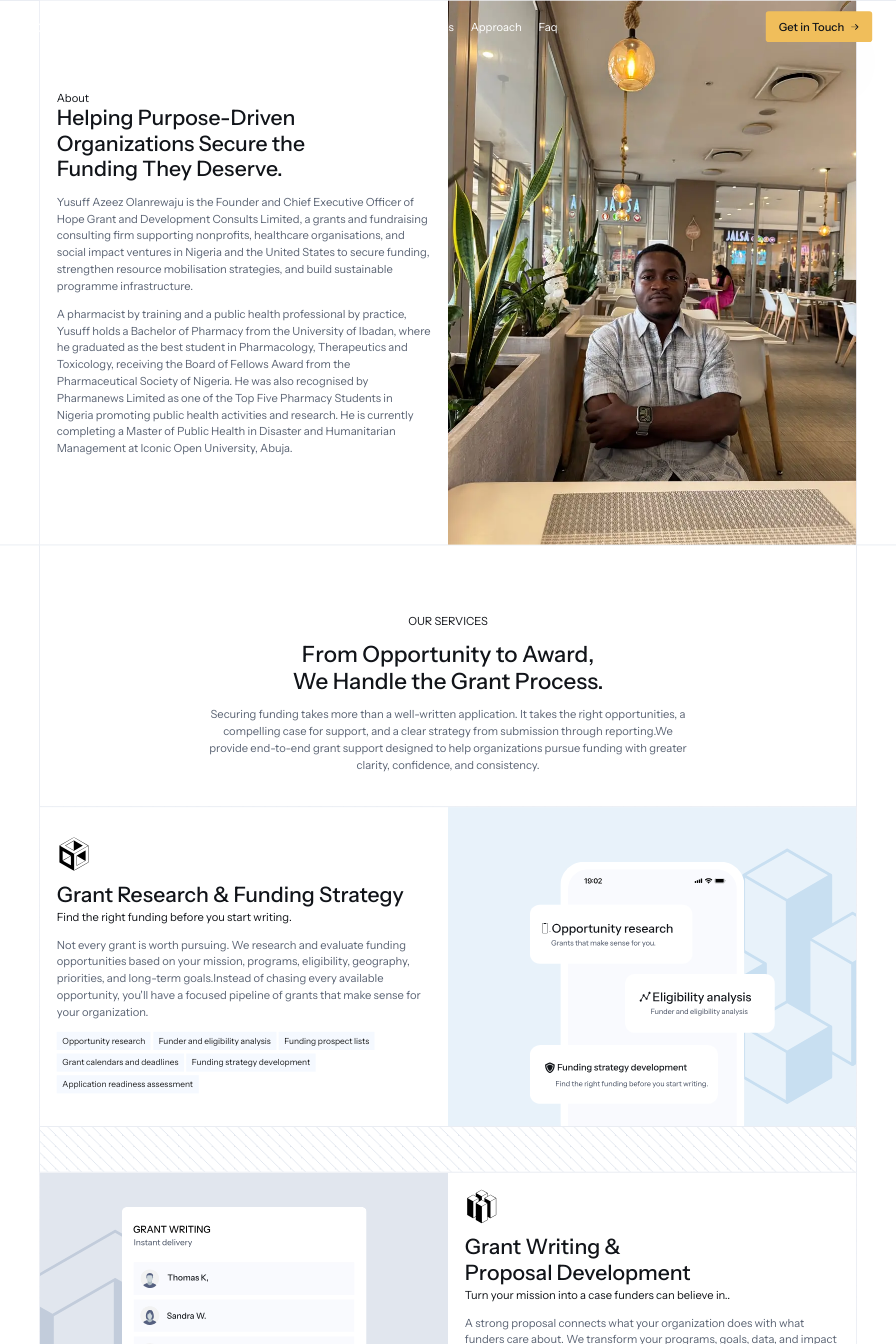
Repository: Ajeyinka/Upgrowth
Page: about.html
An editor plug-in stored every save of this project. The page is shown before and after the next save, followed by the edit.
The browser window is 1280 px wide. The pictures show the part of the page from y = 0 to 1920 px (the page is 4867 px tall before and 4090 px after), at 70% of full size.

Above is the page before, as saved 2026-09-24 18:37:03.

### about.html
<!doctype html>
<html lang="en">
  <head>
    <meta charset="UTF-8" />
    <meta name="viewport" content="width=device-width, initial-scale=1.0" />
     <meta
      name="description"
      content="Granted Advisors specialize in helping you scale your impact and secure resources they need to fulfill their mission"
    />
    <meta name="author" content="designer_0layinka" />
    <meta name="robots" content="index, follow" />
    <title>UpGrowth Consulting | grant writing service</title>
    <link rel="stylesheet" href="styles.css" />
    <link rel="icon" type="image/svg" href="images/logo.svg">
     <script src="script.js" defer></script>
  </head>
  <body>

    <nav class="navbar">
      <div class="nav-wrapper">
        <a class="logo" href="/">
           Hope Consults
        </a>

      <ul class="nav-list">
        <li><a href="#about">About Us</a></li>
        <li><a href="#services">Services</a></li>
        <li><a href="#approach">Approach</a></li>
        <li><a href="#faq">Faq</a></li>
      </ul>
      <div class="btn-wrap">
        <a href="contact.html" class="primary-btn"
          >Get in Touch
           <svg xmlns:xlink="http://www.w3.org/1999/xlink"  width="100%" height="100%" viewBox="0 0 16 17" fill="currentColor" xmlns="http://www.w3.org/2000/svg">
<path opacity="0.5" d="M2.66659 8C2.53398 8 2.4068 8.05268 2.31303 8.14645C2.21926 8.24021 2.16659 8.36739 2.16659 8.5C2.16659 8.63261 2.21926 8.75978 2.31303 8.85355C2.4068 8.94732 2.53398 9 2.66659 9L2.66659 8ZM2.66659 9L13.3333 9L13.3333 8L2.66659 8L2.66659 9Z" fill="currentColor"></path>
<path d="M13.9152 8.02637C14.1555 8.32095 14.138 8.75567 13.8634 9.03028L9.86341 13.0303C9.57051 13.3232 9.09575 13.3232 8.80286 13.0303C8.50997 12.7374 8.50997 12.2626 8.80286 11.9697L12.2726 8.5L8.80286 5.03028C8.50997 4.73738 8.50997 4.26262 8.80286 3.96973C9.09575 3.67684 9.57052 3.67684 9.86341 3.96973L13.8634 7.96973L13.9152 8.02637Z" fill="currentColor"></path>
</svg>
        </a>
      </div>
      <div class="btn-toggle-hold">
              <a href="#" class="toggle_button" id="toggle_button">
                <span class="bar one"></span>
                <span class="bar two"></span>
                <span class="bar three"></span>
              </a>

            </div>

    </nav>
    <main>
         <section class="about-section" id="about">
  <div class="container_large">
    <div class="padding_globe">
      <div class="service-component">
        <div class="section-conten">
          <div class="two-col-grid">
            <div class="grid-text">
              <div>
                <div class="eye-brow">About</div>

                <h2>
                  Helping Purpose-Driven Organizations Secure the Funding They
                  Deserve.
                </h2>
              </div>

              <p>
                Yusuff Azeez Olanrewaju is the Founder and Chief Executive Officer of Hope Grant and Development Consults Limited, a grants and fundraising consulting firm supporting nonprofits, healthcare organisations, and social impact ventures in Nigeria and the United States to secure funding, strengthen resource mobilisation strategies, and build sustainable programme infrastructure.



              </p>
              <p>A pharmacist by training and a public health professional by practice, Yusuff holds a Bachelor of Pharmacy from the University of Ibadan, where he graduated as the best student in Pharmacology, Therapeutics and Toxicology, receiving the Board of Fellows Award from the Pharmaceutical Society of Nigeria. He was also recognised by Pharmanews Limited as one of the Top Five Pharmacy Students in Nigeria promoting public health activities and research. He is currently completing a Master of Public Health in Disaster and Humanitarian Management at Iconic Open University, Abuja.</p>
            </div>

            <div class="grid-image">
              <img src="images/consult.webp" alt="" />
            </div>
          </div>


        </div>
      </div>
    </div>
  </div>
</section>

        <section class="service-section" id="services">
          <div class="container_large">
             <div class="padding_globe">
              <div class="service-component">
                 <div class="section-top">
                  <div class="section-top-text">
                        <div class="eye-brow">OUR SERVICES</div>
                        <h2>From Opportunity to Award, We Handle the Grant Process.</h2>
                         <p>Securing funding takes more than a well-written application. It takes the right opportunities, a compelling case for support, and a clear strategy from submission through reporting.We provide end-to-end grant support designed to help organizations pursue funding with greater clarity, confidence, and consistency.</p>
                  </div>

                 </div>
                 <div class="section-content">
                   <div class="two-col-grid">
                     <div class="grid-text">
                      <img src="images/grant.svg" alt="" srcset="">
                      <div>
                        <h3>Grant Research & Funding Strategy</h3>
                       <div class="eye-brow">Find the right funding before you start writing.</div>
                      </div>
                       <p>Not every grant is worth pursuing. We research and evaluate funding opportunities based on your mission, programs, eligibility, geography, priorities, and long-term goals.Instead of chasing every available opportunity, you'll have a focused pipeline of grants that make sense for your organization.</p>
                        <div class="tags">
                        <div class="tag">Opportunity research</div>
                        <div class="tag">Funder and eligibility analysis</div>
                        <div class="tag">Funding prospect lists</div>
                        <div class="tag">Grant calendars and deadlines</div>
                        <div class="tag">Funding strategy development</div>
                        <div class="tag">Application readiness assessment</div>
                       </div>
                     </div>
                     <div class="grid-image">
                      <img src="images/firstbg.svg" alt="" srcset="">
                      <img src="images/grand-research.svg" alt="" srcset="" class=" rsh">
                    </div>
                   </div>
                    <div class="two-col-grid">

                     <div class="grid-image">
                      <img src="images/secondbg.svg" alt="" srcset="">
                      <img src="images/grantwrite.svg" alt="" srcset="" class="top">
                    </div>
                    <div class="grid-text">
                      <img src="images/grant2.svg" alt="" srcset="">
                      <div>
                        <h3>Grant Writing & Proposal Development</h3>
                       <div class="eye-brow">Turn your mission into a case funders can believe in..</div>
                      </div>
                       <p>A strong proposal connects what your organization does with what funders care about. We transform your programs, goals, data, and impact into clear, persuasive applications built around each funder's requirements.From the first narrative to the final submission package, every detail is developed with clarity and purpose.</p>
                        <div class="tags">
                        <div class="tag">Proposal and narrative development</div>
                        <div class="tag">Letters of inquiry and concept notes</div>
                        <div class="tag">Goals, objectives, and outcomes</div>
                        <div class="tag">Budget narrative support</div>
                        <div class="tag">Application review and editing</div>
                        <div class="tag">Needs statements and program descriptions</div>
                       </div>
                     </div>
                   </div>
                    <div class="two-col-grid">
                     <div class="grid-text">
                      <img src="images/grant3.svg" alt="" srcset="">
                       <div>
                        <h3>Grant Management & Reporting</h3>
                       <div class="eye-brow">Stay funded after the award..</div>
                      </div>
                       <p>Winning a grant creates new responsibilities. Deadlines, reporting requirements, deliverables, renewals, and funder communication all need careful management.We help you stay organized and accountable throughout the grant lifecycle, while positioning your organization for stronger funder relationships and future opportunities.</p>
                       <div class="tags">
                        <div class="tag">Grant calendar management</div>
                        <div class="tag">Reporting and documentation</div>
                        <div class="tag">Progress and impact reports</div>
                        <div class="tag">Compliance tracking</div>
                        <div class="tag">Renewal applications</div>
                        <div class="tag">Funder communication support</div>
                        <div class="tag">Ongoing grant pipeline management</div>
                       </div>
                     </div>
                     <div class="grid-image">
                      <img src="images/thirdbg.svg" alt="" srcset="">
                      <img src="images/grantmanage.svg" alt="" srcset="" class="top">
                    </div>
                   </div>
                 </div>
              </div>
             </div>
          </div>
        </section>
        <section class="approach-section" id="approach">
          <div class="container_large">
             <div class="padding_globe">
              <div class="service-component">
                <div class="section-top">
                  <div class="section-top-text">
                        <div class="eye-brow">OUR APPROACH</div>
                        <h2>The Right Grant.The Right Story.The Right Strategy.</h2>
                         <p>Successful grant funding starts long before the application and continues after the award. Our approach brings research, strategy, writing, and grant management together into one clear process, so every opportunity you pursue has purpose behind it.</p>
                  </div>

                 </div>
                 <div class="section-content">
                   <div class="three-col-grid">
                     <div class="approach-card">
                       <img src="images/grant4.svg" alt="">
                       <div>
                         <div class="eyebrow">DISCOVER</div>
                        <h3>We Start With Your Mission.</h3>
                       </div>
                       <p>Before we search for funding, we take the time to understand your organization, programs, goals, community, and funding priorities. This gives us the foundation to identify opportunities that truly align with the work you do.</p>
                       <div class="eyebrow">Understand the mission. Define the need. Set the direction.</div>
                     </div>
                     <div class="approach-card">
                       <img src="images/grant5.svg" alt="">
                       <div>
                         <div class="eyebrow">RESEARCH</div>
                         <h3>We Find the Right Opportunities.</h3>
                       </div>
                       <p>More grants don't always mean more funding. We research and qualify opportunities based on eligibility, alignment, funding priorities, deadlines, and your likelihood of being a strong candidate.</p>
                        <div class="eyebrow">Less chasing. More strategic opportunities.</div>
                     </div>
                      <div class="approach-card">
                       <img src="images/grant6.svg" alt="">
                       <div>
                         <div class="eyebrow">DEVELOP</div>
                         <h3>We Build a Compelling Case.</h3>
                       </div>
                       <p>We turn your programs, impact, data, and vision into a clear proposal tailored to each funder. Every application is developed to communicate not only what you need, but why your work deserves investment.</p>
                        <div class="eyebrow">Clear narratives. Strong applications. Funder-focused storytelling.</div>
                     </div>
                      <div class="approach-card">
                       <img src="images/grant.svg" alt="">
                       <div>
                         <div class="eyebrow">SUPPORT</div>
                         <h3>We Stay With You Beyond Submission.</h3>
                       </div>
                       <p>Our work doesn't have to end when you hit submit. We can help manage your grant pipeline, reporting requirements, renewals, deadlines, and future opportunities, giving you a more consistent approach to funding.</p>
                        <div class="eyebrow">From first opportunity to long-term funding strategy.</div>
                     </div>


                   </div>
                 </div>
              </div>

             </div>
          </div>
        </section>


        <section class="cta-section rel" id="cta">
          <div class="container_large">
             <div class="padding_globe">
                  <img src="images/bg.svg" alt="" class="bg">
                  <img src="images/bg1.svg" alt="" class="bg2">
                  <div class="cta-component">
                      <h2>Ready to discuss your funding needs?</h2>
                      <p>Schedule a Sales Discovery Call today!</p>
                       <div class="btn-wrapper">
                        <a href="contact.html" class="primary-btn"
                          >Get Grant Support
                           <svg xmlns:xlink="http://www.w3.org/1999/xlink"  width="100%" height="100%" viewBox="0 0 16 17" fill="currentColor" xmlns="http://www.w3.org/2000/svg">
                              <path opacity="0.5" d="M2.66659 8C2.53398 8 2.4068 8.05268 2.31303 8.14645C2.21926 8.24021 2.16659 8.36739 2.16659 8.5C2.16659 8.63261 2.21926 8.75978 2.31303 8.85355C2.4068 8.94732 2.53398 9 2.66659 9L2.66659 8ZM2.66659 9L13.3333 9L13.3333 8L2.66659 8L2.66659 9Z" fill="currentColor"></path>
                              <path d="M13.9152 8.02637C14.1555 8.32095 14.138 8.75567 13.8634 9.03028L9.86341 13.0303C9.57051 13.3232 9.09575 13.3232 8.80286 13.0303C8.50997 12.7374 8.50997 12.2626 8.80286 11.9697L12.2726 8.5L8.80286 5.03028C8.50997 4.73738 8.50997 4.26262 8.80286 3.96973C9.09575 3.67684 9.57052 3.67684 9.86341 3.96973L13.8634 7.96973L13.9152 8.02637Z" fill="currentColor"></path>
                          </svg>
                        </a>
                      </div>
                  </div>
             </div>
          </div>
        </section>

    </main>
      <footer>
             <div class="container_large">
               <div class="padding_globe">
                    <div class="footer-component">
                      <div class="col">
                        <img src="images/footerlogo.svg" alt="">
                        <p>Scale your funding opportunities</p>
                      </div>
                      <div class="col">
                        <h4>Navigate</h4>
                        <ul class="footer-links">
                            <li><a href="index.html#about">About Us</a></li>
                            <li><a href="index.html#services">Services</a></li>
                            <li><a href="index.html#approach">Approach</a></li>
                            <li><a href="contact.html">Get in Touch</a></li>
                        </ul>
                      </div>
                      <div class="col">
                        <h4>Services</h4>
                        <ul class="footer-links">
                            <li><a href="index.html#services">Grant Writing</a></li>
                            <li><a href="index.html#services">Grant Research</a></li>
                            <li><a href="index.html#services">Grant Management</a></li>
                            </ul>
                      </div>
                      <div class="col">
                        <h4>Legal</h4>
                        <ul class="footer-links">
                            <li><a href="privacy.html">Privacy notice</a></li>
                            <li><a href="cookie-policy.html">cookie policy</a></li>
                            <li><a href="contact.html">Contact Us</a></li>
                        </ul>
                      </div>
                      <div class="footer-btm">
                        <p>© 2024 UpGrowth.</p>
                      </div>
                    </div>
             </div>
        </footer>
  </body>
</html>

Loaded but not shown: images/grand-research.svg (58 lines, source omitted); images/grantmanage.svg (52 lines, source omitted); images/grantwrite.svg (95 lines, source omitted); images/footerlogo.svg (25 lines, source omitted); images/bg1.svg (4 lines, source omitted); images/bg.svg (5 lines, source omitted); images/grant4.svg (5 lines, source omitted); images/grant3.svg (3 lines, source omitted); images/grant5.svg (3 lines, source omitted); images/grant6.svg (3 lines, source omitted); images/grant2.svg (3 lines, source omitted); images/grant.svg (5 lines, source omitted); images/secondbg.svg (11 lines, source omitted); images/thirdbg.svg (4 lines, source omitted); script.js (76 lines, source omitted); styles.css (1070 lines, source omitted)

After the next save:
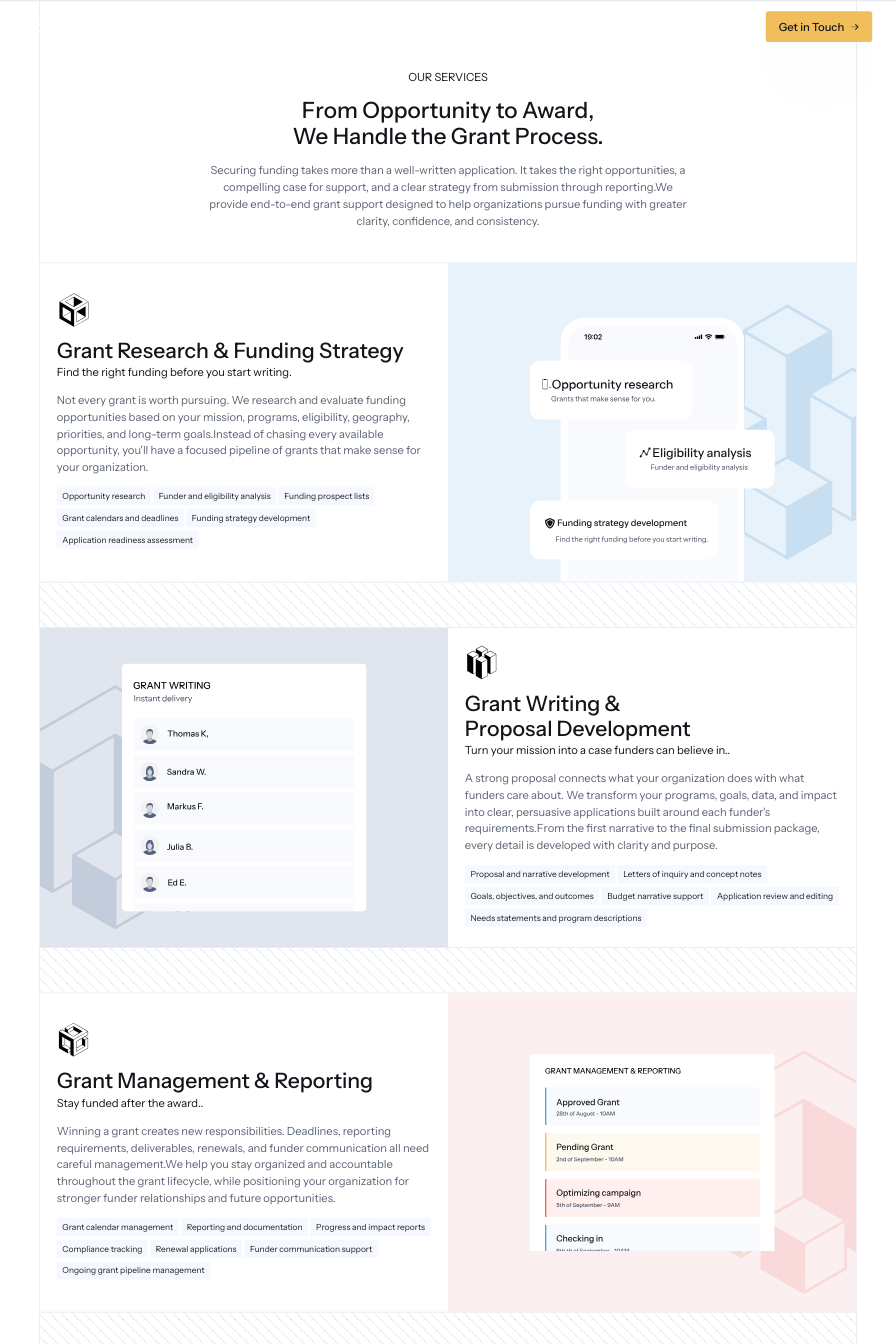
Saved 77 s later.
--- a/about.html
+++ b/about.html
@@ -53,30 +53,7 @@
     <div class="padding_globe">
       <div class="service-component">
         <div class="section-conten">
-          <div class="two-col-grid">
-            <div class="grid-text">
-              <div>
-                <div class="eye-brow">About</div>
-
-                <h2>
-                  Helping Purpose-Driven Organizations Secure the Funding They
-                  Deserve.
-                </h2>
-              </div>
-
-              <p>
-                Yusuff Azeez Olanrewaju is the Founder and Chief Executive Officer of Hope Grant and Development Consults Limited, a grants and fundraising consulting firm supporting nonprofits, healthcare organisations, and social impact ventures in Nigeria and the United States to secure funding, strengthen resource mobilisation strategies, and build sustainable programme infrastructure.
-
-
-
-              </p>
-              <p>A pharmacist by training and a public health professional by practice, Yusuff holds a Bachelor of Pharmacy from the University of Ibadan, where he graduated as the best student in Pharmacology, Therapeutics and Toxicology, receiving the Board of Fellows Award from the Pharmaceutical Society of Nigeria. He was also recognised by Pharmanews Limited as one of the Top Five Pharmacy Students in Nigeria promoting public health activities and research. He is currently completing a Master of Public Health in Disaster and Humanitarian Management at Iconic Open University, Abuja.</p>
-            </div>
-
-            <div class="grid-image">
-              <img src="images/consult.webp" alt="" />
-            </div>
-          </div>
+
 
 
         </div>
